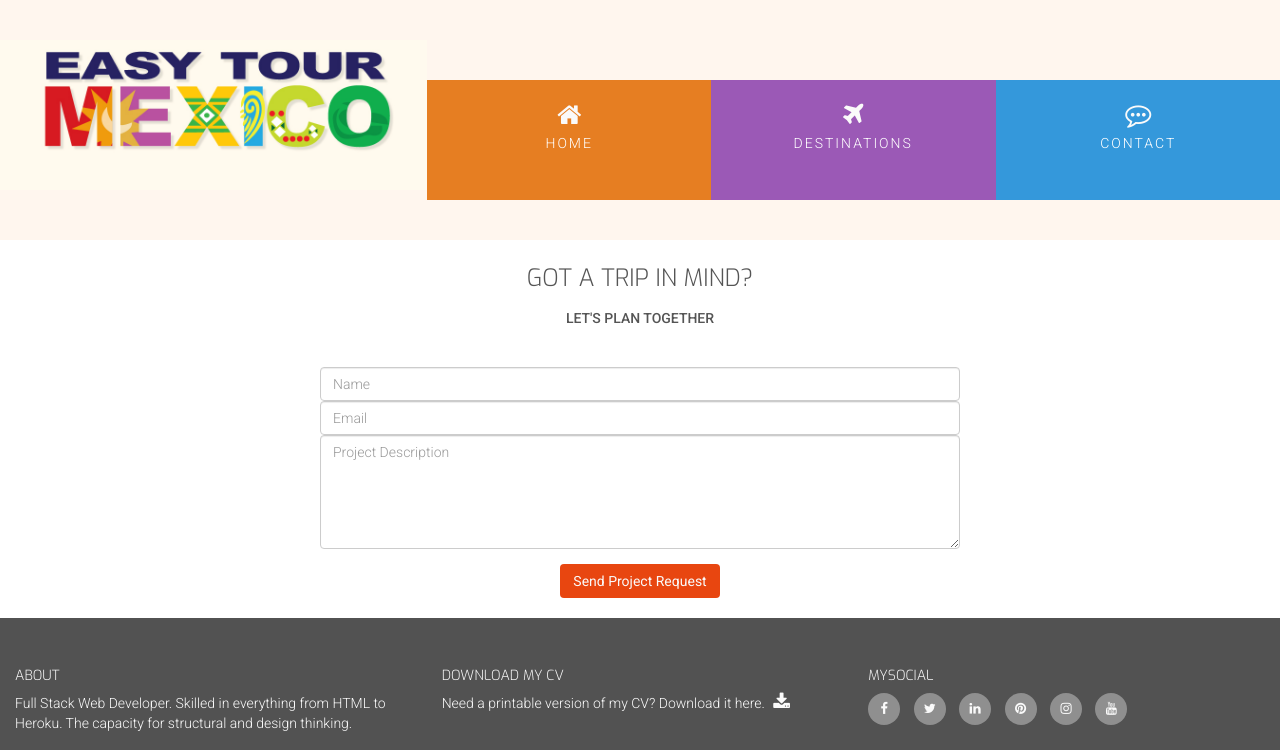
Repository: navegantemx/holiday-destination
Page: contact.html
The author's editor kept a record of every edit. The page is drawn from the files as they stood at one moment, then again after the next edit.
The browser window is 1280 px wide. The pictures show the whole page.
Some web libraries are served in a nearby version.

Above is the page before.
Console error: ReferenceError: emailjs is not defined

### contact.html
<!DOCTYPE html>
<html lang="en">
<head>
    <meta charset="UTF-8">
    <meta name="viewport" content="width=device-width, initial-scale=1.0">
    <meta http-equiv="X-UA-Compatible" content="ie=edge">
    <link rel="stylesheet" href="https://maxcdn.bootstrapcdn.com/bootstrap/3.3.7/css/bootstrap.min.css" type="text/css" />
    <link rel="stylesheet" href="https://maxcdn.bootstrapcdn.com/font-awesome/4.7.0/css/font-awesome.min.css" type="text/css" />
    <link rel="stylesheet" href="https://cdnjs.cloudflare.com/ajax/libs/hover.css/2.1.1/css/hover-min.css" type="text/css" />
    <link rel="stylesheet" href="assets/css/style.css" type="text/css" />
    <title>Holiday Destination - Mexico</title>
    <script type="text/javascript" src="https://cdn.jsdelivr.net/npm/emailjs-com@2.3.2/dist/email.min.js"></script>
    <script type="text/javascript">
        (function() {
            emailjs.init("user_2GIbzx1TMCLkqzR8gHQ3P");
        })();
    </script>
</head>
<body>
    <header class="container-fluid">
        <div class="row">
            <a href="index.html">
                <div class="col-md-4 logo"></div>
            </a>
            <div class="col-md-8">
                <div class="row">
                    <ul id="nav" class="list-inline clearfix">
                        <li class="col-xs-6 col-sm-4 ui-menu-color-home menuitem">
                            <a href="index.html" class="hvr-sweep-to-bottom"><i class="fa fa-home" aria-hidden="true"></i><span>Home</span></a>
                        </li>
                        <li class="col-xs-6 col-sm-4 ui-menu-color-resume menuitem">
                            <a href="resume.html" class="hvr-sweep-to-bottom"><i class="fa fa-plane" aria-hidden="true"></i><span>Destinations</span></a>
                        </li>
                        <li class="col-xs-6 col-sm-4 ui-menu-color-contact menuitem">
                            <a href="contact.html" class="hvr-sweep-to-bottom"><i class=" fa fa-commenting-o" aria-hidden="true"></i><span>Contact</span></a>
                        </li>
                    </ul>
                </div>
            </div>
        </div>
    </header>
    <section class="container-fluid ">
        <div class="row bg-color-contact">
            <div>
                <h3 class="contact-heading uppercase text-center">Got a Trip in mind?</h3>
                <h5 class="uppercase text-center">Let's plan together</h5>
            </div>
            <div class="center-form">
                <form onsubmit="return sendMail(this);">
                    <input type="text" name="name" class="form-control" id="fullname" placeholder="Name" required/>
                    <input type="text" name="emailaddress" class="form-control" id="emailaddress" placeholder="Email" required/>
                    <textarea rows="5" name="projectsummary" class="form-control" id="projectsummary" placeholder="Project Description" required></textarea>
                    <button type="submit" class="btn btn-secondary center-block">Send Project Request</button>
                </form>
            </div>
        </div>
    </section>
    <footer class="container-fluid ">
        <div id="footer-details " class="row ">
            <div class="col-sm-4 ">
                <h5 class="uppercase general-sub ">About</h5>
                <p class="inline-block ">
                    Full Stack Web Developer. Skilled in everything from HTML to Heroku. The capacity for structural and design thinking.
                </p>
            </div>
            <div class="col-sm-4 ">
                <h5 class="uppercase general-sub ">Download My CV</h5>
                <p class="inline-block ">
                    Need a printable version of my CV? Download it here.
                    <a href="assets/cv/sample-cv.pdf" target="_blank" class="cv-pdf "><i class="fa fa-download " aria-hidden="true "></i></a>
                </p>
            </div>
            <div class="col-sm-4 ">
                <h5 class="uppercase general-sub ">MySocial</h5>
                <ul class="list-inline social-links ">
                    <li><a target="_blank " href="# "><i class="fa fa-facebook "></i></a></li>
                    <li><a target="_blank " href="# "><i class="fa fa-twitter "></i></a></li>
                    <li><a target="_blank " href="# "><i class="fa fa-linkedin "></i></a></li>
                    <li><a target="_blank " href="# "><i class="fa fa-pinterest "></i></a></li>
                    <li><a target="_blank " href="# "><i class="fa fa-instagram "></i></a></li>
                    <li><a target="_blank " href="# "><i class="fa fa-youtube "></i></a></li>
                </ul>
            </div>
        </div>
    </footer>
    <script src="assets/js/sendEmail.js"></script>
</body>
</html>

### assets/css/style.css
@import url('https://fonts.googleapis.com/css?family=Roboto:100,200,300,400,500,600,700|Exo:100,200,300,400,500,600,700');

/*--------------------------------------------Colors*/

.bg-color-name-title {
    background-color: #676767;
}

.bg-color-three-reasons {
    background-color: #ffffff;
}

.bg-color-personal-info {
    background-color: #f4f4f4;
}

.bg-color-skills {
    background-color: #ffffff;
}

.bg-color-work-history {
    background-color: #9b59b6;
}

.bg-color-contact {
    background-color: #ffffff;
}

.bg-color-conferences {
    background-color: #f4f4f4;
}

.bg-color-groups {
    background-color: #ffffff;
}

.ui-menu-color-home {
    background-color: #e67e22;
}

.ui-menu-color-resume {
    background-color: #9b59b6;
}

.ui-menu-color-contact {
    background-color: #3498db;
}

.ui-menu-color-download {
    background-color: #d9a81d;
}


.ui-menu-color-github {
    background-color: #1c4a6c;
}

.ui-menu-color-interests {
    background-color: #e74c3c;
}




body {
    font-family: Roboto, sans-serif;
    font-weight: 300;
    background-color: #FFF6EE;
    color: #555555;
}


/*--------------------------------------------Special Paddings/Margins/Text*/

h1,
h2,
h3,
h4 {
    margin: 0;
}

.uppercase {
    text-transform: uppercase;
}

.general-sub {
    font-family: "Exo", sans-serif;
    font-weight: 300;
    color: #fafafa;
}

.inline-block {
    display: inline-block;
}


.row-table {
    display: table;
}

.history-heading,
.section-heading {
    font-family: "Exo", sans-serif;
    font-weight: 300;
    margin-top: 25px;
    margin-bottom: 40px;
}


/*--------------------------------------------Heading*/

header {
    margin: 0;
}

.heading {
    margin-left: 50px;
}

.row {
    margin-right: -15px;
    margin-left: -15px;
    margin-top: 40px;
}

.logo {
    background: url("../images/mexico.jpg");
    background-position: center;
    background-repeat: no-repeat;
    background-size: cover;
    min-height: 150px;
    transition: all .5s ease-in-out;
    -moz-transition: all .5s ease-in-out;
    -webkit-transition: all .5s ease-in-out;
}

.name {
    font-family: "Exo", sans-serif;
    font-weight: 100;
    font-size: 46px;
    margin-top: 50px;
    color: #ffffff;
}

.title {
    font-family: "Roboto", sans-serif;
    font-weight: 200;
    font-size: 28px;
    margin-top: 20px;
    margin-bottom: 90px;
    color: #ffffff;
}

#nav {
    margin: 0;
}

#nav li {
    padding: 0;
}

.menuitem {
    height: 120px;
    text-align: center;
    padding: 0;
}

.menuitem a {
    width: 100%;
    text-decoration: none;
    color: #ffffff;
    height: 120px;
}


.menuitem a i {
    padding-top: 22px;
    display: block;
    color: #fafafa;
    font-size: 26px;
}

.menuitem span {
    display: block;
    width: 100%;
    padding-top: 5px;
    text-align: center;
    text-transform: uppercase;
    font-size: 14px;
    font-weight: 300;
    letter-spacing: 2px;
}


/*--------------------------------------------Hover.css*/

.hvr-sweep-to-bottom:before {
    background: rgba(0, 0, 0, 0.2);
    height: 120px;
}


/*--------------------------------------------Footer*/

footer {
    background-color: #525252;
    color: #fafafa;
    min-height: 120px;
    margin: 0;
}

footer .cv-pdf i {
    color: #fafafa;
    text-align: center;
    font-size: 18px;
    padding-left: 5px;
}

footer .cv-pdf i:hover {
    color: #e84610;
    transition: all 0.35s ease-in-out;
    -moz-transition: all 0.35s ease-in-out;
    -webkit-transition: all 0.35s ease-in-out;
    -o-transition: all 0.35s ease-in-out;
}

.social-links {
    padding-bottom: 15px;
}

.social-links li a i {
    width: 32px;
    height: 32px;
    padding: 12px 0;
    border-radius: 50%;
    font-size: 13px;
    line-height: 7px;
    text-align: center;
    color: #fafafa;
    background: #8f8f8f;
    transition: all 0.35s ease-in-out;
    -moz-transition: all 0.35s ease-in-out;
    -webkit-transition: all 0.35s ease-in-out;
    -o-transition: all 0.35s ease-in-out;
}

.social-links li a i:hover {
    background: #e84610;
}

#footer-details {
    margin: 20px;
}

/*--------------------------------------------Three Reasons*/

.three-reasons-icon {
    font-size: 26px;
    color: #e67e22;
}

.three-reasons-heading {
    margin-bottom: 15px;
}

/*--------------------------------------------Personal Info*/

.personal-info-item {
    margin-bottom: 20px;
    display: block;
    clear: both;
}

.personal-info-item .key,
.personal-info-item .value {
    padding-right: 8px;
}

.personal-info-item .key p,
.personal-info-item .value p {
    margin: 0;
}

.personal-info-item .key {
    display: inline-block;
    width: 30%;
    margin-right: 21px;
    padding-top: 2px;
    vertical-align: top;
}

.personal-info-item .key p {
    font-weight: 700;
}

.personal-info-item .value {
    display: inline-block;
    position: relative;
    width: 60%;
}

/*--------------------------------------------Skills*/

.progress {
    position: relative;
    height: 25px;
}

.progress-type {
    position: absolute;
    left: 0px;
    font-weight: 400;
    padding: 3px 30px 2px 10px;
    color: #fafafa;
    background-color: rgba(25, 25, 25, 0.2);
}


.progress-section {
    margin: 40px 20px;
}


/*--------------------------------------------Work History*/

.timeline-item {
    padding: 4em 2em 0em 2em;
    position: relative;
    color: #fafafa;
    border-left: 1px solid;
}

.timeline-item p {
    padding: 0;
    margin: 0;
}

.timeline-item::before {
    content: attr(data-dates);
    position: absolute;
    left: 2.5em;
    top: 3em;
    display: block;
    font-family: "Exo", sans-serif;
    font-weight: 500;
    font-size: .8em;
    padding: 0;
    margin: 0;
}

.timeline-item::after {
    width: 12px;
    height: 12px;
    display: block;
    top: 2.4em;
    position: absolute;
    left: -6px;
    border-radius: 12px;
    content: '';
    background: #fafafa;
}

.history-heading {
    color: #fafafa;
    margin-bottom: 50px;
}

.history-items {
    margin-bottom: 30px;
}

/*--------------------------------------------Contact*/

.contact-heading {
    font-family: "Exo", sans-serif;
    font-weight: 300;
    margin-top: 25px;
    margin-bottom: 20px;
}


.center-form {
    padding-top: 10px;
    margin: 0 auto;
    max-width: 70%;
}

button[type="submit"] {
    margin-top: 15px;
    margin-bottom: 20px;
    background-color: #e84610;
    color: #fafafa;
}

/*--------------------------------------------Map*/
div#map {
    min-height: 360px;
}

/*--------------------------------------------Media Queries*/

@media(min-width: 992px) {
    .section-column {
        padding: 0 0 0;
        float: none;
        display: table-cell;
    }

    .center-form {
        padding-top: 30px;
        min-height: 240px;
        margin: 0 auto;
        max-width: 50%;
    }
}

Loaded but not shown: assets/js/sendEmail.js (no copy from this time; the picture is the same without it)

After the next edit:
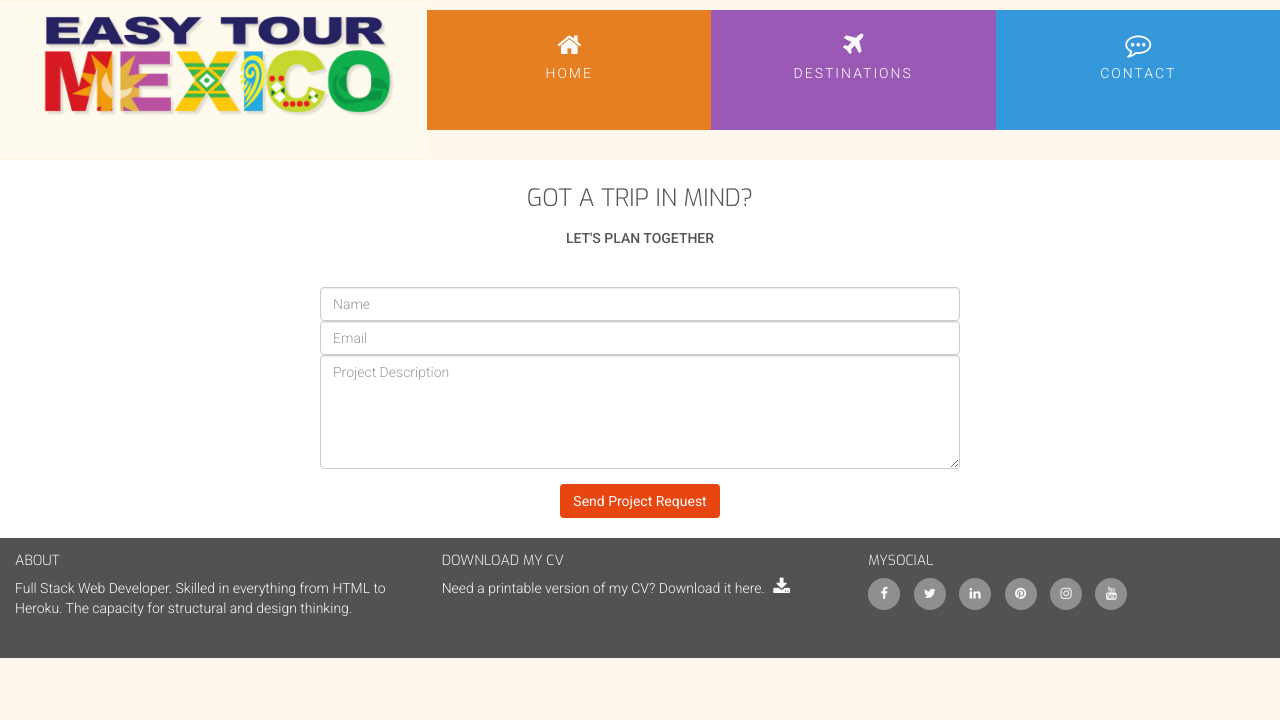
The edit:
--- a/assets/css/style.css
+++ b/assets/css/style.css
@@ -120,7 +120,7 @@
 .row {
     margin-right: -15px;
     margin-left: -15px;
-    margin-top: 40px;
+    margin-top: 5px;
 }
 
 .logo {
